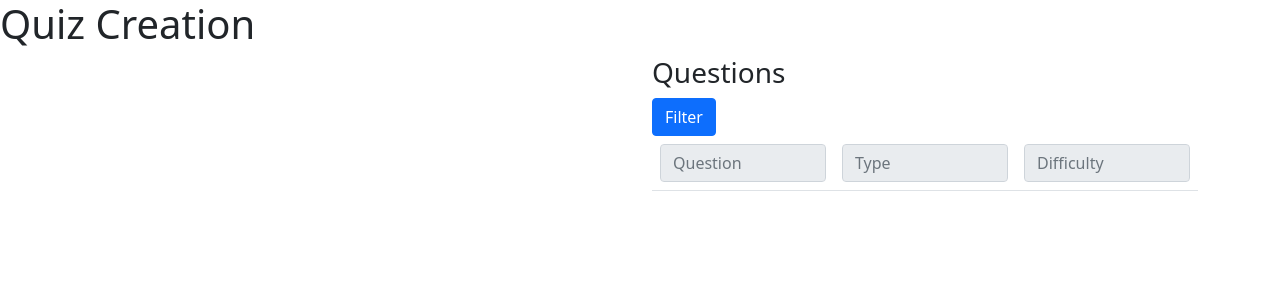
Repository: kavine24/CS490-Python-LMS
Page: html/portal/t/CreateQuiz.html
The author's editor kept a copy of each file at every save. The page is drawn from the files as they stood at one save, then again after the next save.
The browser window is 1280 px wide. The pictures show the whole page.

Above is the page before, as saved 2022-04-04 18:29:35.
Console error: ReferenceError: $ is not defined

After the next save:
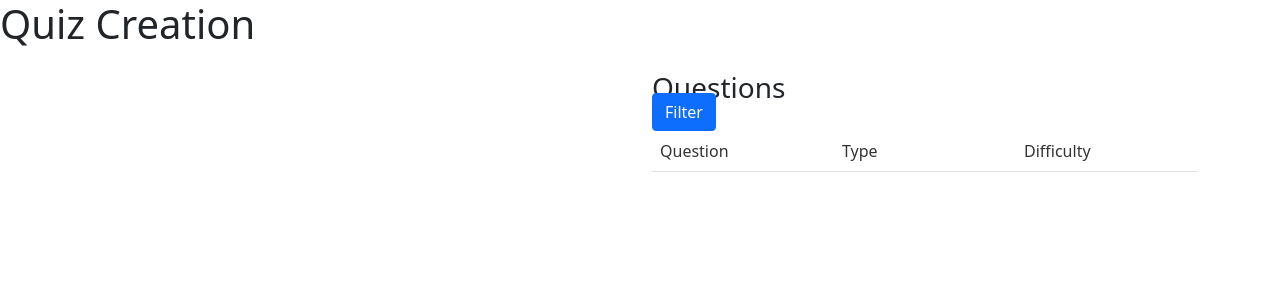
Saved 112 s later.
--- a/html/portal/t/CreateQuiz.html
+++ b/html/portal/t/CreateQuiz.html
@@ -6,6 +6,33 @@
 
     <link href="https://cdn.jsdelivr.net/npm/bootstrap@5.1.3/dist/css/bootstrap.min.css" rel="stylesheet" integrity="sha384-1BmE4kWBq78iYhFldvKuhfTAU6auU8tT94WrHftjDbrCEXSU1oBoqyl2QvZ6jIW3" crossorigin="anonymous">
   </head>
+
+  <style>
+    .filterable {
+    margin-top: 15px;
+    }
+    .filterable .panel-heading .pull-right {
+        margin-top: -20px;
+    }
+    .filterable .filters input[disabled] {
+        background-color: transparent;
+        border: none;
+        cursor: auto;
+        box-shadow: none;
+        padding: 0;
+        height: auto;
+    }
+    .filterable .filters input[disabled]::-webkit-input-placeholder {
+        color: #333;
+    }
+    .filterable .filters input[disabled]::-moz-placeholder {
+        color: #333;
+    }
+    .filterable .filters input[disabled]:-ms-input-placeholder {
+        color: #333;
+    }
+  </style>
+
   <body>
     <h1>Quiz Creation</h1>
 
